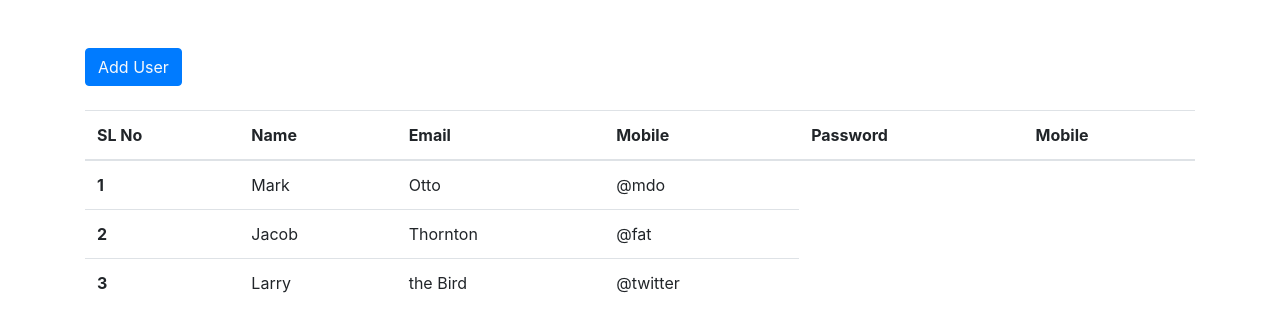
Repository: AMIT1439027/crud-app
Page: http://localhost/display.php
These files come from the project's save history. The page is drawn as it stood at one moment and after the next save; the edit follows.
The browser window is 1280 px wide. The pictures show the whole page.
The page is run by PHP 8.4 with error messages shown; the project is at /var/www/html/.

Above is the page before, as saved 2024-04-25 10:30:51.

After the next save:
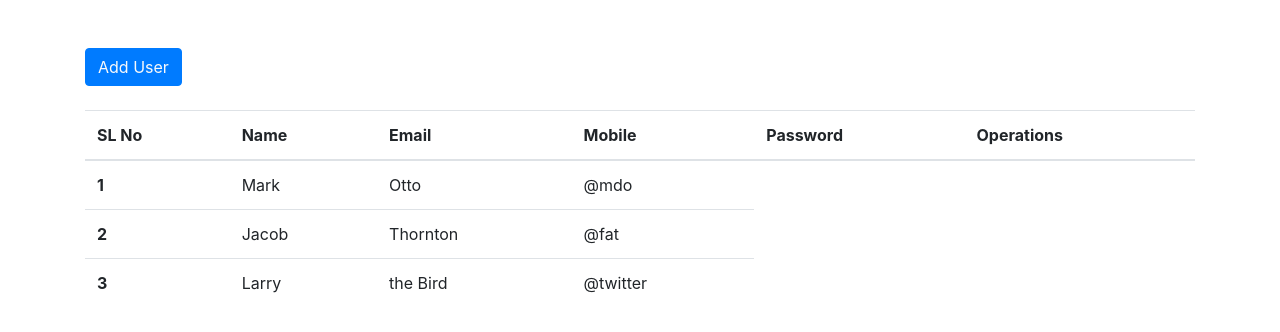
Saved 9 s later.
--- a/display.php
+++ b/display.php
@@ -25,7 +25,7 @@
       <th scope="col">Email</th>
       <th scope="col">Mobile</th>
       <th scope="col">Password</th>
-      <th scope="col">Mobile</th>
+      <th scope="col">Operations</th>
 
     </tr>
   </thead>
